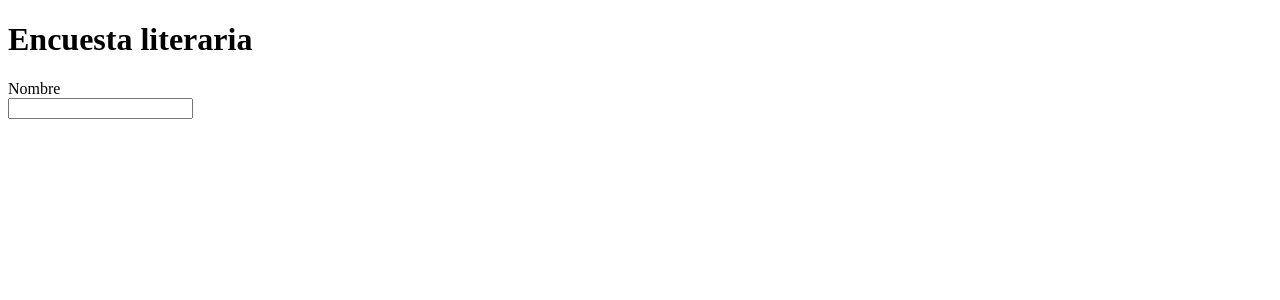
Repository: Scastellc/javaee
Page: Encuentra/WebContent/index.html
These files come from the project's save history. The page is drawn as it stood at one moment and after the next save; the edit follows.
The browser window is 1280 px wide. The pictures show the whole page.

Above is the page before, as saved 2017-02-16 17:46:27.

### Encuentra/WebContent/index.html
<!DOCTYPE html>
<html>
<head>
<meta charset="UTF-8">
<title>Encuesta</title>
</head>
<body>
<h1>Encuesta literaria</h1>
<form action="/Encuesta/mostrar">
	Nombre<br>
	<input type = "text" name ="nombre">

</form>
</body>
</html>

After the next save:
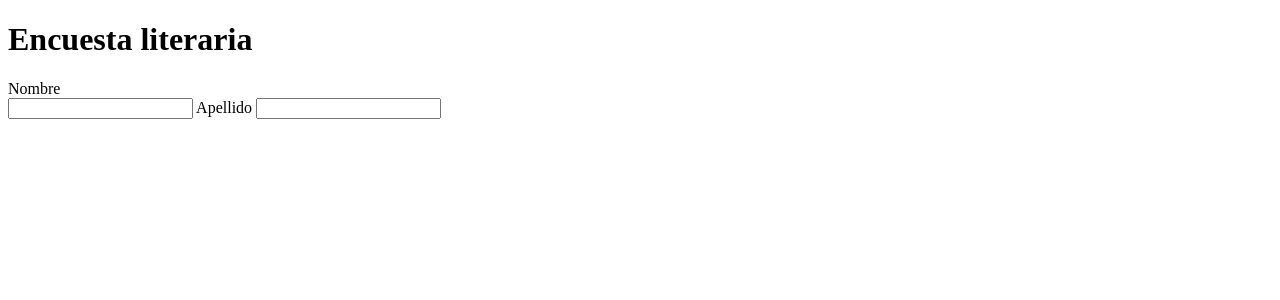
Saved 16 s later.
--- a/Encuentra/WebContent/index.html
+++ b/Encuentra/WebContent/index.html
@@ -9,6 +9,8 @@
 <form action="/Encuesta/mostrar">
 	Nombre<br>
 	<input type = "text" name ="nombre">
+	Apellido
+	<input type = "text" name ="apellido">
 
 </form>
 </body>
